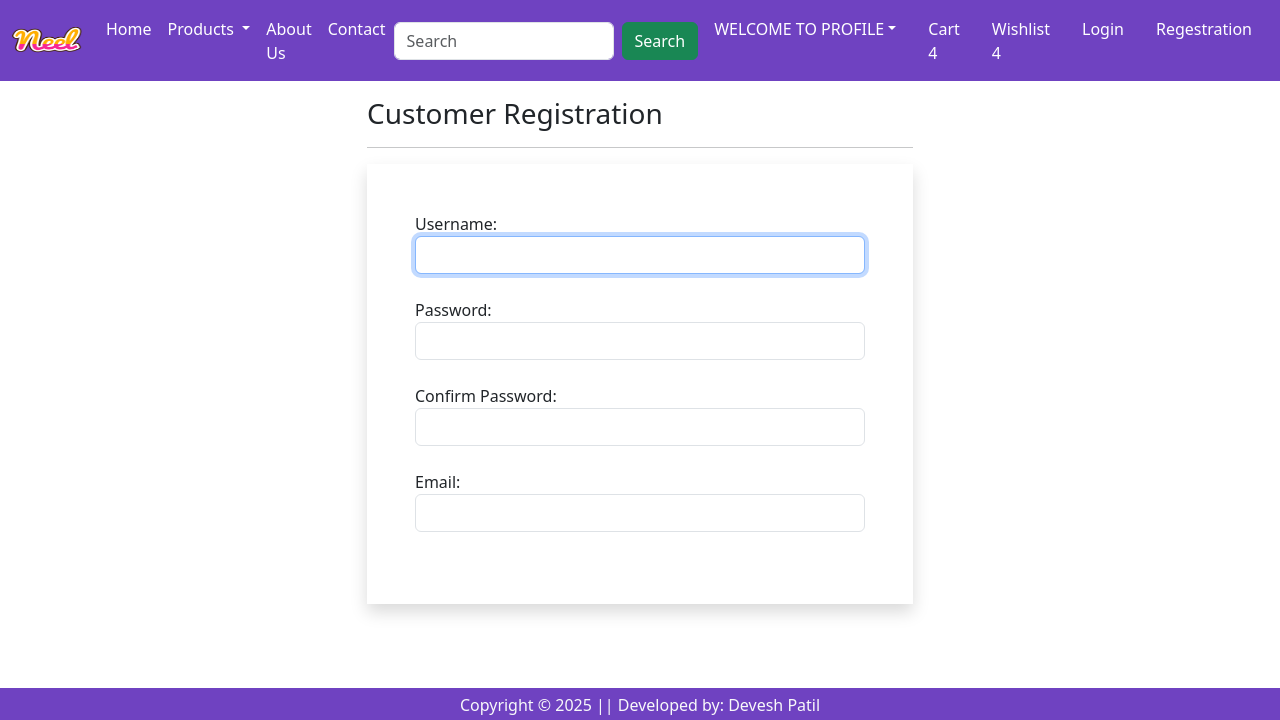
Repository: DeveshPatill/mydjango
Page: http://localhost/registration/
The author's editor kept a copy of each file at every save. The page is drawn from the files as they stood at one save, then again after the next save.
The browser window is 1280 px wide. The pictures show the whole page.
The page is served by the project's application, run on Django 5.2 (ec/manage.py).

Above is the page before, as saved 2025-03-23 22:45:47.

After the next save:
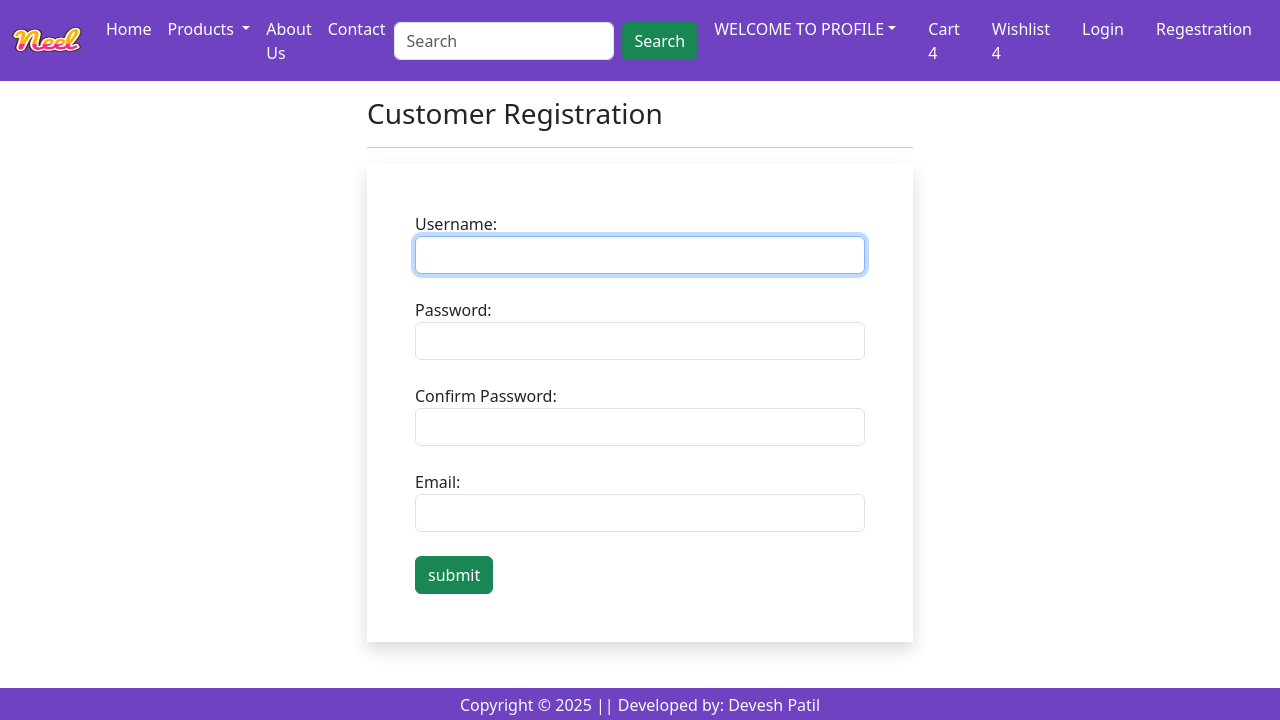
Saved 64 s later.
--- a/ec/app/templates/app/customerregistration.html
+++ b/ec/app/templates/app/customerregistration.html
@@ -15,6 +15,7 @@
                {{fm.label_tag}} {{fm}} <small class="text-danger">{{fm.erros | striptags}}</small>
                <br>
                {% endfor %}
+               <input type="submit" value="submit" class="btn btn-success"><br>
             </form>
         </div>
     </div>
